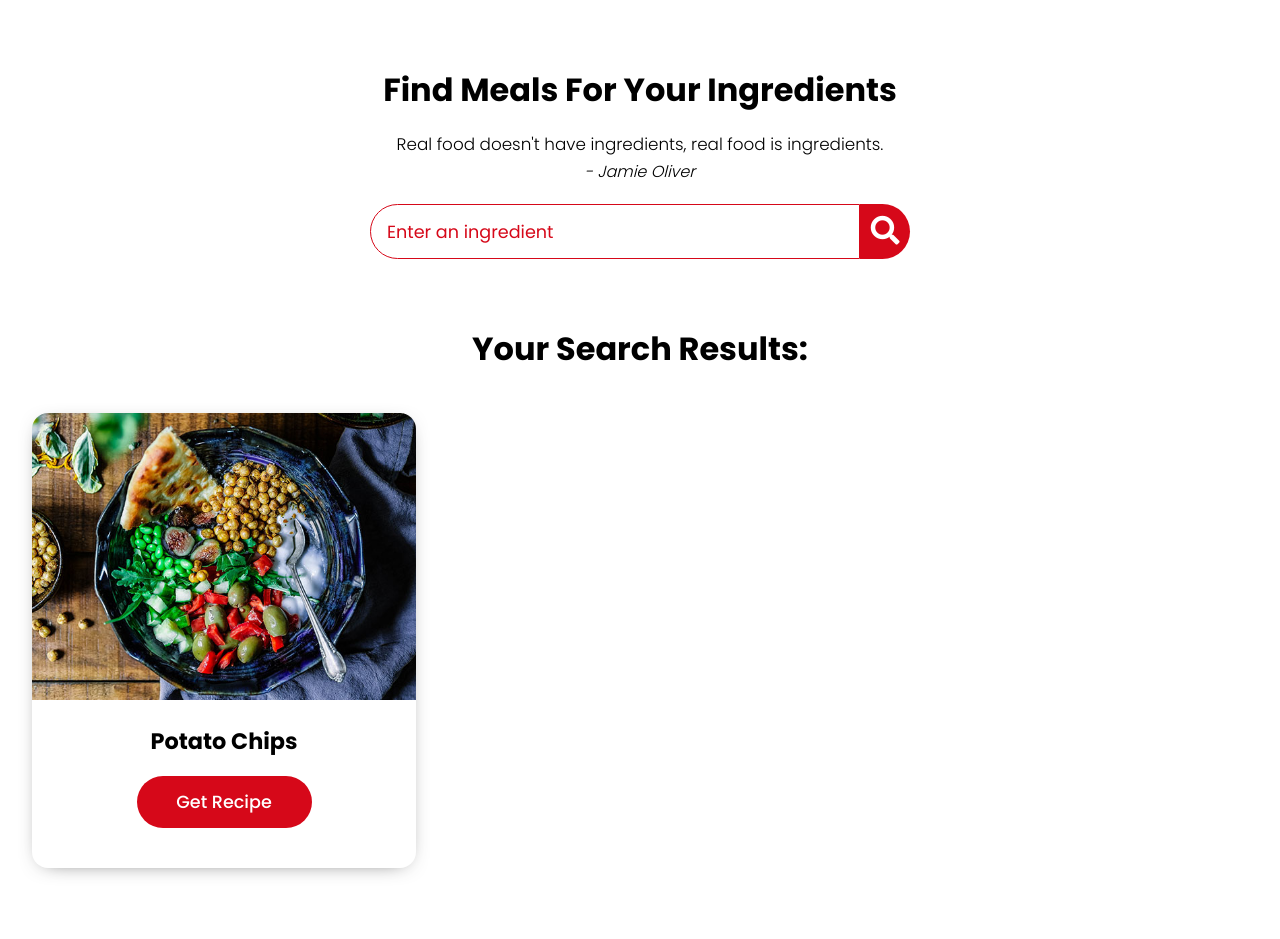
Repository: andrewhuynh561/javascipt
Page: Day 1/index.html
The author's editor kept a copy of each file at every save. The page is drawn from the files as they stood at one save, then again after the next save.
The browser window is 1280 px wide. The pictures show the whole page.

Above is the page before, as saved 2023-05-19 20:19:37.

### Day 1/index.html
<!DOCTYPE html>
<html lang="en">
<head>
  <meta charset="UTF-8">
  <meta name="viewport" content="width=device-width, initial-scale=1.0">
  <title>Find Meal For Your Ingredients</title>
  <link rel="stylesheet" href="https://cdnjs.cloudflare.com/ajax/libs/font-awesome/5.15.1/css/all.min.css" integrity="sha512-+4zCK9k+qNFUR5X+cKL9EIR+ZOhtIloNl9GIKS57V1MyNsYpYcUrUeQc9vNfzsWfV28IaLL3i96P9sdNyeRssA==" crossorigin="anonymous" />
  <link rel = "stylesheet" href = "style.css">
</head>
<body>

  <div class = "container">
    <div class = "meal-wrapper">
      <div class = "meal-search">
        <h2 class = "title">Find Meals For Your Ingredients</h2>
        <blockquote>Real food doesn't have ingredients, real food is ingredients.<br>
          <cite>- Jamie Oliver</cite>
        </blockquote>

        <div class = "meal-search-box">
          <input type = "text" class = "search-control" placeholder="Enter an ingredient" id = "search-input">
          <button type = "submit" class = "search-btn btn" id = "search-btn">
            <i class = "fas fa-search"></i>
          </button>
        </div>
      </div>

      <div class = "meal-result">
        <h2 class = "title">Your Search Results:</h2>
        <div id= "meal">
          <!-- meal item -->
          <div class = "meal-item">
            <div class = "meal-img">
              <img src = "blog1.jpg" alt = "food">
            </div>
            <div class = "meal-name">
              <h3>Potato Chips</h3>
              <a href = "#" class = "recipe-btn">Get Recipe</a>
            </div>
          </div>
          <!-- end of meal item -->
        </div>
      </div>


      <div class = "meal-details">
        <!-- recipe close btn -->
        <button type = "button" class = "btn recipe-close-btn" id = "recipe-close-btn">
          <i class = "fas fa-times"></i>
        </button>

        <!-- meal content -->
        <div class = "meal-details-content">
          <h2 class = "recipe-title">Meals Name Here</h2>
          <p class = "recipe-category">Category Name</p>
          <div class = "recipe-instruct">
            <h3>Instructions:</h3>
            <p>Lorem ipsum, dolor sit amet consectetur adipisicing elit. Quo blanditiis quis accusantium natus! Porro, reiciendis maiores molestiae distinctio veniam ratione ex provident ipsa, soluta suscipit quam eos velit autem iste!</p>
            <p>Lorem ipsum dolor sit amet consectetur adipisicing elit. Amet aliquam voluptatibus ad obcaecati magnam, esse numquam nisi ut adipisci in?</p>
          </div>
          <div class = "recipe-meal-img">
            <img src = "blog1.jpg" alt = "">
          </div>
          <div class = "recipe-link">
            <a href = "#" target = "_blank">Watch Video</a>
          </div>
        </div>
      </div>
    </div>
  </div>



  <script src = "app.js"></script>
</body>
</html>

### Day 1/style.css
@import url('https://fonts.googleapis.com/css2?family=Poppins:wght@200;300;400;500;600;700;800;900&display=swap');

*{
    padding: 0;
    margin: 0;
    box-sizing: border-box;
}
:root{
    --tenne-tawny: #d60819;
    --tenne-tawny-dark: #b54507;
}
body{
    font-weight: 300;
    font-size: 1.05rem;
    line-height: 1.6;
    font-family: 'Poppins', sans-serif;
}

/*  */
.btn{
    font-family: inherit;
    cursor: pointer;
    outline: 0;
    font-size: 1.05rem;
}
.text{
    opacity: 0.8;
}
.title{
    font-size: 2rem;
    margin-bottom: 1rem;
}

/*  */
.container{
    min-height: 100vh;
}
.meal-wrapper{
    max-width: 1280px;
    margin: 0 auto;
    padding: 2rem;
    background: #fff;
    text-align: center;
}
.meal-search{
    margin: 2rem 0;
}
.meal-search cite{
    font-size: 1rem;
}
.meal-search-box{
    margin: 1.2rem 0;
    display: flex;
    align-items: stretch;
}
.search-control,
.search-btn{
    width: 100%;
}
.search-control{
    padding: 0 1rem;
    font-size: 1.1rem;
    font-family: inherit;
    outline: 0;
    border: 1px solid var(--tenne-tawny);
    color: var(--tenne-tawny);
    border-top-left-radius: 2rem;
    border-bottom-left-radius: 2rem;
}
.search-control::placeholder{
    color: var(--tenne-tawny);
}
.search-btn{
    width: 55px;
    height: 55px;
    font-size: 1.8rem;
    background: var(--tenne-tawny);
    color: #fff;
    border: none;
    border-top-right-radius: 2rem;
    border-bottom-right-radius: 2rem;
    transition: all 0.4s linear;
    -webkit-transition: all 0.4s linear;
    -moz-transition: all 0.4s linear;
    -ms-transition: all 0.4s linear;
    -o-transition: all 0.4s linear;
}
.search-btn:hover{
    background: var(--tenne-tawny-dark);
}
.meal-result{
    margin-top: 4rem;
}
#meal{
    margin: 2.4rem 0;
}
.meal-item{
    border-radius: 1rem;
    -webkit-border-radius: 1rem;
    -moz-border-radius: 1rem;
    -ms-border-radius: 1rem;
    -o-border-radius: 1rem;
    overflow: hidden;
    box-shadow: 0 4px 21px -12px rgba(0, 0, 0, 0.79);
    margin: 2rem 0;
}
.meal-img img{
    width: 100%;
    display: block;
}
.meal-name{
    padding: 1.5rem 0.5rem;
}
.meal-name h3{
    font-size: 1.4rem;
}
.recipe-btn{
    text-decoration: none;
    color: #fff;
    background: var(--tenne-tawny);
    font-weight: 500;
    font-size: 1.1rem;
    padding: 0.75rem 0;
    display: block;
    width: 175px;
    margin: 1rem auto;
    border-radius: 2rem;
    -webkit-border-radius: 2rem;
    -moz-border-radius: 2rem;
    -ms-border-radius: 2rem;
    -o-border-radius: 2rem;
    transition: all 0.4s linear;
    -webkit-transition: all 0.4s linear;
    -moz-transition: all 0.4s linear;
    -ms-transition: all 0.4s linear;
    -o-transition: all 0.4s linear;
}
.recipe-btn:hover{
    background: var(--tenne-tawny-dark);
}

/* meal details */
.meal-details{
    position: fixed;
    top: 50%;
    left: 50%;
    transform: translate(-50%, -50%);
    -webkit-transform: translate(-50%, -50%);
    -moz-transform: translate(-50%, -50%);
    -ms-transform: translate(-50%, -50%);
    -o-transform: translate(-50%, -50%);
    color: #fff;
    background: var(--tenne-tawny);
    border-radius: 1rem;
    -webkit-border-radius: 1rem;
    -moz-border-radius: 1rem;
    -ms-border-radius: 1rem;
    -o-border-radius: 1rem;
    width: 90%;
    height: 90%;
    overflow-y: scroll;
    display: none;
    padding: 2rem 0;
}
.meal-details::-webkit-scrollbar{
    width: 10px;
}
.meal-details::-webkit-scrollbar-thumb{
    background: #f0f0f0;
    border-radius: 2rem;
    -webkit-border-radius: 2rem;
    -moz-border-radius: 2rem;
    -ms-border-radius: 2rem;
    -o-border-radius: 2rem;
}


/* js related */
.showRecipe{
    display: block;
}

.meal-details-content{
    margin: 2rem;
}
.meal-details-content p:not(.recipe-category){
    padding: 1rem 0;
}
.recipe-close-btn{
    position: absolute;
    right: 2rem;
    top: 2rem;
    font-size: 1.8rem;
    background: #fff;
    border: none;
    width: 35px;
    height: 35px;
    border-radius: 50%;
    -webkit-border-radius: 50%;
    -moz-border-radius: 50%;
    -ms-border-radius: 50%;
    -o-border-radius: 50%;
    display: flex;
    align-items: center;
    justify-content: center;
    opacity: 0.9;
}
.recipe-title{
    letter-spacing: 1px;
    padding-bottom: 1rem;
}
.recipe-category{
    background: #fff;
    font-weight: 600;
    color: var(--tenne-tawny);
    display: inline-block;
    padding: 0.2rem 0.5rem;
    border-radius: 0.3rem;
    -webkit-border-radius: 0.3rem;
    -moz-border-radius: 0.3rem;
    -ms-border-radius: 0.3rem;
    -o-border-radius: 0.3rem;
}
.recipe-category{
    background: #fff;
    font-weight: 600;
    color: var(--tenne-tawny);
    display: inline-block;
    padding: 0.2rem 0.5rem;
    border-radius: 0.3rem;
    -webkit-border-radius: 0.3rem;
    -moz-border-radius: 0.3rem;
    -ms-border-radius: 0.3rem;
    -o-border-radius: 0.3rem;
}
.recipe-instruct{
    padding: 1rem 0;
}
.recipe-meal-img img{
    width: 100px;
    height: 100px;
    border-radius: 50%;
    -webkit-border-radius: 50%;
    -moz-border-radius: 50%;
    -ms-border-radius: 50%;
    -o-border-radius: 50%;
    margin: 0 auto;
    display: block;
}
.recipe-link{
    margin: 1.4rem 0;
}
.recipe-link a{
    color: #fff;
    font-size: 1.2rem;
    font-weight: 700;
    transition: all 0.4s linear;
    -webkit-transition: all 0.4s linear;
    -moz-transition: all 0.4s linear;
    -ms-transition: all 0.4s linear;
    -o-transition: all 0.4s linear;
}
.recipe-link a:hover{
    opacity: 0.8;
}


/*  */
.NotFound{
    grid-template-columns: 1fr!important;
    color: var(--tenne-tawny);
    font-size: 1.8rem;
    font-weight: 600;
    width: 100%;
}






/* Media Queries */
@media screen and (min-width: 600px){
    .meal-search-box{
        width: 540px;
        margin-left: auto;
        margin-right: auto;
    }
}

@media screen and (min-width: 768px){
    #meal{
        display: grid;
        grid-template-columns: repeat(2, 1fr);
        gap: 2rem;
    }
    .meal-item{
        margin: 0;
    }
    .meal-details{
        width: 700px;
    }
}

@media screen and (min-width: 992px){
    #meal{
        grid-template-columns: repeat(3, 1fr);
    }
}

### Day 1/app.js

const btn =document.getElementById('search-btn');
const result=document.getElementById("meal");
btn.addEventListener('click',print);

function print(){
    let html=``
    let get_input=document.getElementById('search-input').value.trim();
    fetch(`https://www.themealdb.com/api/json/v1/1/filter.php?i=${get_input}`)
    .then(Response => Response.json())
    .then(data => {
        if(data.meals){
            data.meals.forEach(meal => {
                html+=`
                <div class = "meal-item" data-id=${meal.idMeal}>
                    <div class = "meal-img">
                        <img src = "${meal.strMealThumb}" alt = "food">
                    </div>
                    <div class = "meal-name">
                        <h3>${meal.strMeal}</h3>
                        <a href = "#" class = "recipe-btn">Get Recipe</a>
                    </div>
                 </div> `;

            });
            result.classList.remove('NotFound');
        }else{
            html+=`Sorry, we didn't find any meal!`;
            result.classList.add('NotFound');
        }
        result.innerHTML=html;

    })
    .catch(error => {
        console.error('Error:', error);
      });
}

After the next save:
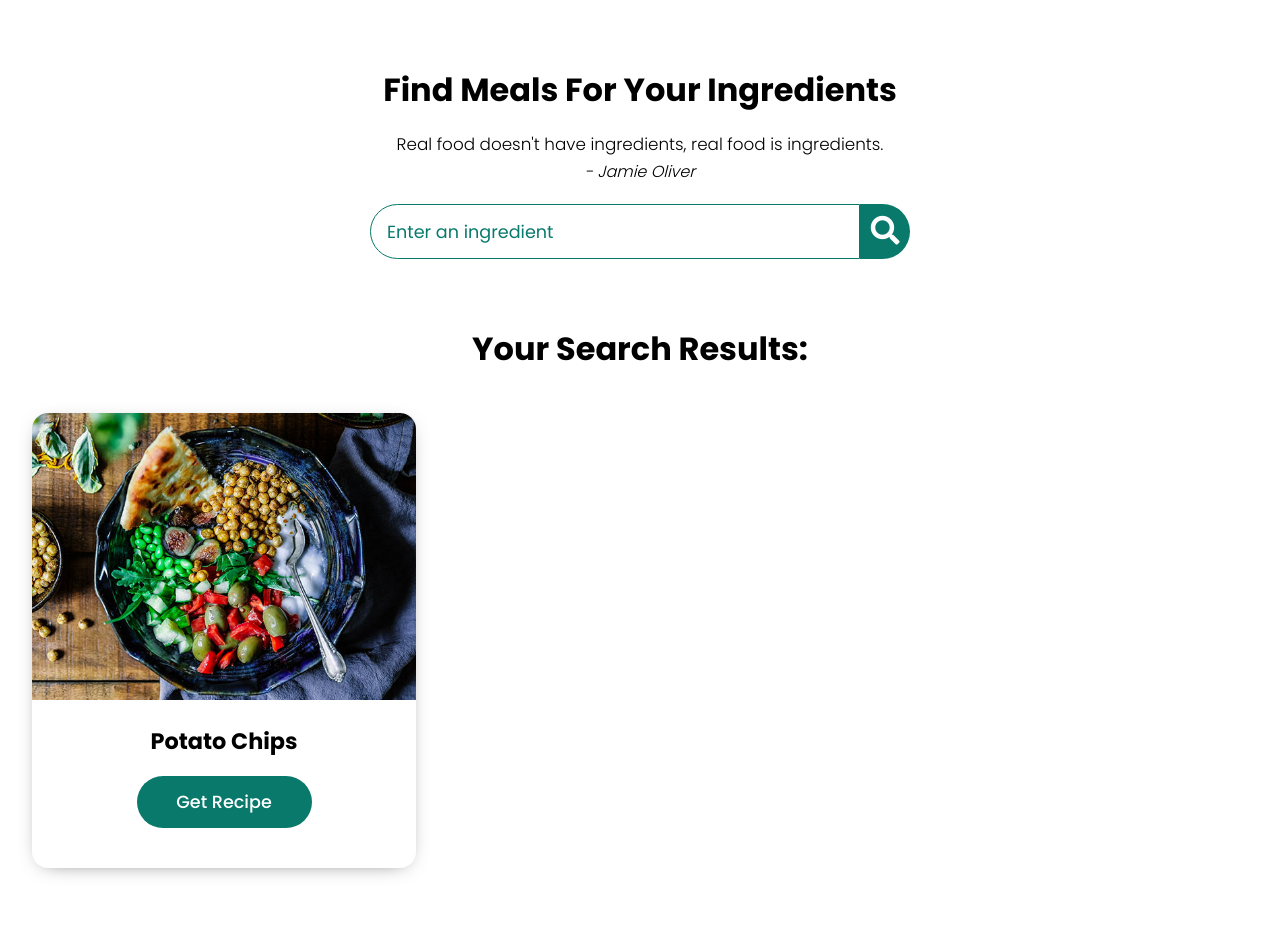
Saved 116 s later.
--- a/Day 1/style.css
+++ b/Day 1/style.css
@@ -6,8 +6,8 @@
     box-sizing: border-box;
 }
 :root{
-    --tenne-tawny: #d60819;
-    --tenne-tawny-dark: #b54507;
+    --tenne-tawny: #09796b;
+    --tenne-tawny-dark: #2dfdc7;
 }
 body{
     font-weight: 300;
